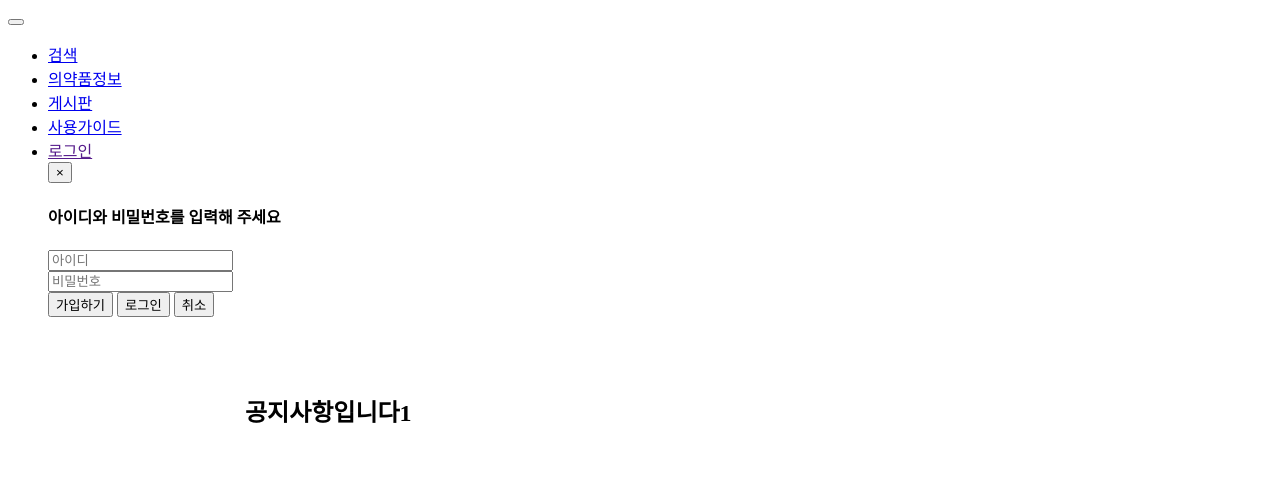
Repository: letzbegin/Study
Page: http://localhost/portfolio/WEB-INF/views/include/header.jsp
An editor plug-in stored every save of this project. The page is shown before and after the next save, followed by the edit.
The browser window is 1280 px wide. The pictures show the whole page.
The page is served by Tomcat 9. Nobody is signed in. The template is opened directly, without the code that normally fills it, so the values that code supplies are empty.

Above is the page before, as saved 2018-10-16 00:26:35.
Console error: ReferenceError: $ is not defined

After the next save:
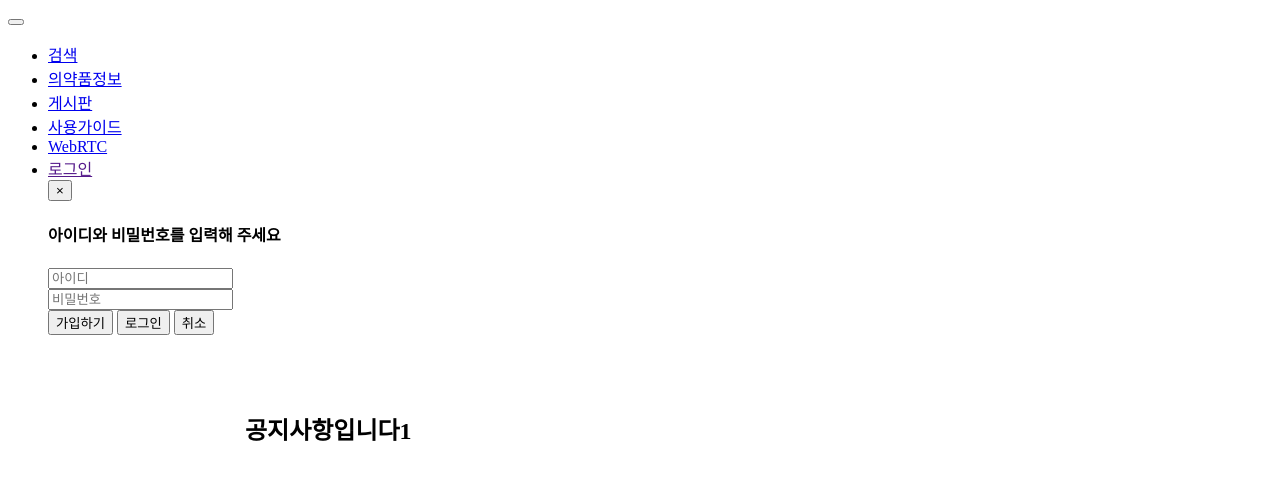
Saved 3 min 5 s later.
--- a/pol/portfolio/src/main/webapp/WEB-INF/views/include/header.jsp
+++ b/pol/portfolio/src/main/webapp/WEB-INF/views/include/header.jsp
@@ -48,6 +48,7 @@
 					<li><a href="pillnon">의약품정보</a></li>
 					<li><a href="list.bo">게시판</a></li>
 					<li><a href="guide">사용가이드</a></li>
+					<li><a href="webrtc">WebRTC</a></li>
 					<li>
 						<c:if test="${!empty login_info }">
 						<a id="login_tl" href="" onclick="go_logout()">${login_info.name }</a>
